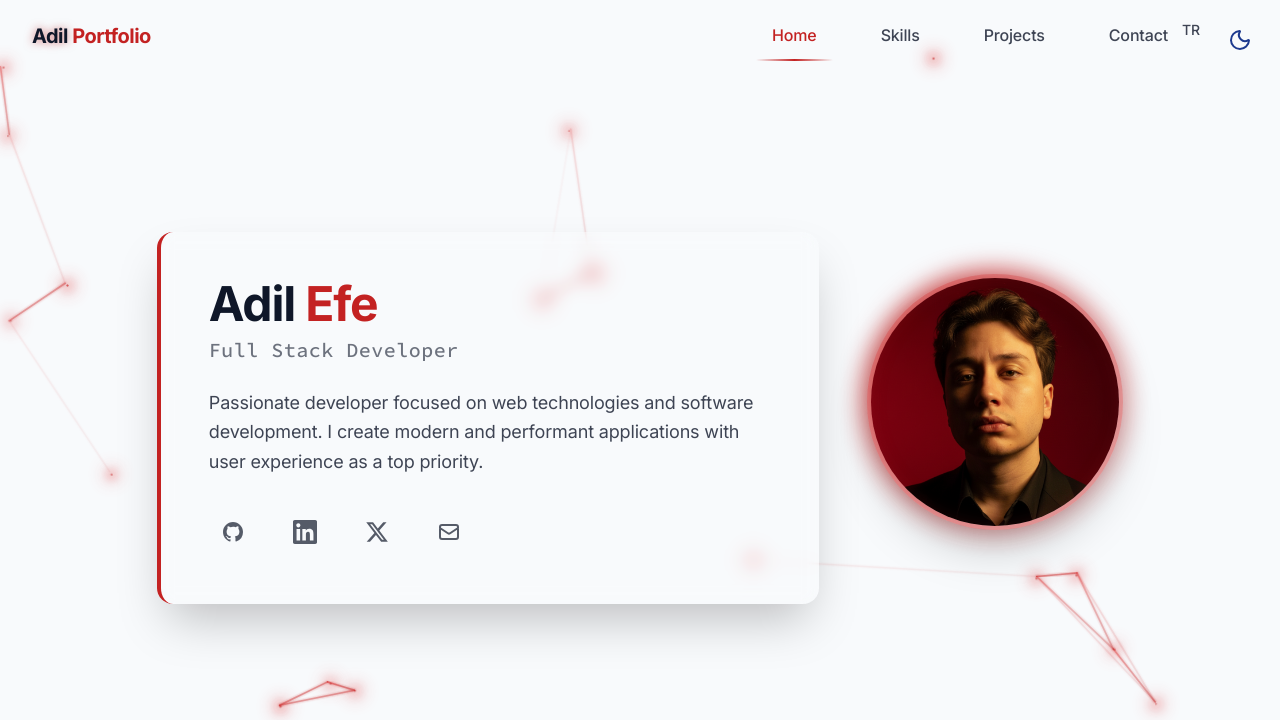
Repository: jusiann/personal-portfolio
Page: / (app in my-portfolio/)
These files come from the project's save history. The page is drawn as it stood at one moment and after the next save; the edit follows.
The browser window is 1280 px wide. The pictures show the whole page.
The project was rebuilt for these pictures with package versions that can differ from the ones it lists, and the page was loaded fresh each time. Also part of the build but not shown: my-portfolio/vite.config.js, my-portfolio/src/pages/Skills.jsx, my-portfolio/src/pages/Projects.jsx, my-portfolio/src/pages/Contact.jsx, my-portfolio/src/pages/NotFound.jsx.

Above is the page before, as saved 2025-11-19 23:31:55.

### my-portfolio/index.html
<!doctype html>
<html lang="en">
  <head>
    <meta charset="UTF-8" />
    <link rel="icon" type="image/svg+xml" href="/vite.svg" />
    <meta name="viewport" content="width=device-width, initial-scale=1.0" />
    <link rel="preconnect" href="https://fonts.googleapis.com">
    <link rel="preconnect" href="https://fonts.gstatic.com" crossorigin>
    <link href="https://fonts.googleapis.com/css2?family=Inter:wght@300;400;500;600;700;800&family=Source+Code+Pro:wght@400;500;600&display=swap" rel="stylesheet">
    <title>my-portfolio</title>
  </head>
  <body>
    <div id="root"></div>
    <script type="module" src="/src/main.jsx"></script>
  </body>
</html>

### my-portfolio/src/App.jsx
import { BrowserRouter, Routes, Route, Navigate, useLocation } from "react-router-dom"
import { AnimatePresence } from "framer-motion"
import { Home } from "./pages/Home";
import { Skills } from "./pages/Skills";
import { Projects } from "./pages/Projects";
import { Contact } from "./pages/Contact";
import { NotFound } from "./pages/NotFound";

function AnimatedRoutes() {
  const location = useLocation();

  return (
    <AnimatePresence mode="wait">
      <Routes location={location} key={location.pathname}>

        {/* TURKISH ROUTES */}
        <Route path="/" element={<Navigate to="/en" replace />} />
        <Route path="/tr" element={<Home />}/>
        <Route path="/tr/skills" element={<Skills />}/>
        <Route path="/tr/projects" element={<Projects />}/>
        <Route path="/tr/contact" element={<Contact />}/>

        {/* ENGLISH ROUTES */}
        <Route path="/en" element={<Home />}/>
        <Route path="/en/skills" element={<Skills />}/>
        <Route path="/en/projects" element={<Projects />}/>
        <Route path="/en/contact" element={<Contact />}/>
        <Route path="*" element={<NotFound />} />
      </Routes>
    </AnimatePresence>
  );
}

function App() {
  return (
    <BrowserRouter>
      <AnimatedRoutes />
    </BrowserRouter>
  )
}

export default App

### my-portfolio/src/pages/Home.jsx
import {ThemeToggle} from "../components/ThemeToggle";
import {LanguageToggle} from "../components/LanguageToggle";
import {CrimsonWebBackground} from "../components/CrimsonWebBackground";
import {Navbar} from "../components/Navbar";
import {PageTransition} from "../components/PageTransition";
import {HomeCard} from "../components/HomeCard";

export const Home = () => {
    return (
        <PageTransition>
        <div className="
                        min-h-screen
                        bg-background
                        text-foreground
                        overflow-x-hidden">

            {/* THEME TOGGLE */}
            <ThemeToggle />

            {/* LANGUAGE TOGGLE */}
            <LanguageToggle />

            {/* BACKGROUND EFFECTS */}
            <CrimsonWebBackground />

            {/* NAVBAR */}
            <Navbar />

            {/* MAIN CONTENT */}
            <main className="container mx-auto px-4 py-12">
                <HomeCard />
            </main>
        </div>
        </PageTransition>
    );
};

### my-portfolio/src/components/LanguageToggle.jsx
import {useNavigate, useLocation } from 'react-router-dom';
import {cn} from '../lib/utils';

export const LanguageToggle = () => {
    const navigate = useNavigate();
    const location = useLocation();
    const currentLang = location.pathname.startsWith('/en') ? 'en' : 'tr';

    const toggleLanguage = () => {
        const newLang = currentLang === 'tr' ? 'en' : 'tr';
        navigate(`/${newLang}${location.hash}`);
    };

    return (
        <button
            onClick={toggleLanguage}
            className={cn(
                "fixed max-sm:hidden top-5 right-20 z-50 transition-all duration-300",
                "hover:scale-110 active:scale-95",
                "focus:outline-none text-foreground/80 hover:text-foreground",
                "text-sm font-medium uppercase"
            )}
        >
            {currentLang === 'tr' ? 'EN' : 'TR'}
        </button>
    );
};

### my-portfolio/src/components/Navbar.jsx
import {cn} from "../lib/utils";
import {Menu, X} from "lucide-react";
import {useEffect, useState} from "react";
import {useLocation, Link} from "react-router-dom";
import {translations} from "../lib/translations";

export const Navbar = () => {
  const [isScrolled, setIsScrolled] = useState(false);
  const [isMenuOpen, setIsMenuOpen] = useState(false);
  const location = useLocation();
  const lang = location.pathname.startsWith('/en') ? 'en' : 'tr';

  const navItems = [
    { name: translations[lang].home, href: `/${lang}` },
    { name: translations[lang].skills, href: `/${lang}/skills`},
    { name: translations[lang].projects, href: `/${lang}/projects` },
    { name: translations[lang].contact, href: `/${lang}/contact` },
  ];

  const isActiveRoute = (href) => {
    if (href === `/${lang}`) {
      return location.pathname === `/${lang}` || location.pathname === `/${lang}/`;
    }
    return location.pathname.startsWith(href);
  };

  useEffect(() => {
    const handleScroll = () => {
      setIsScrolled(window.scrollY > 10);
    };

    window.addEventListener("scroll", handleScroll);
    return () => window.removeEventListener("scroll", handleScroll);
  }, []);

  return (
    <nav
      className={cn(
        "relative w-full transition-all duration-300 py-5"
      )}
    >
      <div className="container flex items-center justify-between h-8 pr-24">
        <a
          className="text-xl font-heading font-bold text-primary flex items-center"
          href="#hero"
        >
          <span className="relative z-10">
            <span className="text-glow text-foreground"> Adil </span>{" "}
            Portfolio
          </span>
        </a>

        {/* desktop nav */}
        <div className="hidden md:flex items-center space-x-8">
          {navItems.map((item, key) => (
            <Link
              key={key}
              to={item.href}
              className={`relative px-4 py-3 font-medium transition-colors duration-300 group ${
                isActiveRoute(item.href)
                  ? 'text-primary'
                  : 'text-foreground/80 hover:text-primary'
              }`}
            >
              {/* Linear crimson line effect - Always visible for active, hover for others */}
              <div className={`absolute bottom-0 left-0 w-full h-0.5 bg-linear-to-r from-transparent via-primary to-transparent transition-transform duration-500 origin-center ${
                isActiveRoute(item.href)
                  ? 'scale-x-100'
                  : 'scale-x-0 group-hover:scale-x-100'
              }`} />

              {/* Text */}
              <span className="relative z-10">
                {item.name}
              </span>
            </Link>
          ))}
        </div>

        {/* mobile nav */}

        <button
          onClick={() => setIsMenuOpen((prev) => !prev)}
          className="md:hidden p-2 text-foreground z-50 hover:text-primary transition-colors duration-300"
          aria-label={isMenuOpen ? "Close Menu" : "Open Menu"}
        >
          {isMenuOpen ? <X size={24} /> : <Menu size={24} />}
        </button>

        <div
          className={cn(
            "fixed inset-0 bg-background/95 backdrop-blur-md z-40 flex flex-col items-center justify-center",
            "transition-all duration-300 md:hidden",
            isMenuOpen
              ? "opacity-100 pointer-events-auto"
              : "opacity-0 pointer-events-none"
          )}
        >
          <div className="flex flex-col space-y-8 text-xl">
            {navItems.map((item, key) => (
              <Link
                key={key}
                to={item.href}
                className={`relative px-4 py-2 transition-colors duration-300 group ${
                  isActiveRoute(item.href)
                    ? 'text-primary'
                    : 'text-foreground/80 hover:text-primary'
                }`}
                onClick={() => setIsMenuOpen(false)}
              >
                {/* Mobile crimson line - always visible for active, hover for others */}
                <div className={`absolute bottom-0 left-0 w-full h-0.5 bg-linear-to-r from-transparent via-primary to-transparent transition-transform duration-500 ${
                  isActiveRoute(item.href)
                    ? 'scale-x-100'
                    : 'scale-x-0 group-hover:scale-x-100'
                }`} />

                <span className="relative z-10">
                  {item.name}
                </span>
              </Link>
            ))}
          </div>
        </div>
      </div>
    </nav>
  );
};

### my-portfolio/src/components/PageTransition.jsx
import {motion} from 'framer-motion';

export const PageTransition = ({ children }) => {
    return (
        <>
            {children}

            {/* LEFT TRIANGLE */}
            <motion.div
                className="fixed inset-0 bg-background z-100 pointer-events-none"
                style={{
                    clipPath: 'polygon(0% 0%, 100% 0%, 0% 100%)',
                }}
                initial={{ x: '0%' }}
                animate={{ x: '-100%' }}
                transition={{
                    duration: 0.6,
                    ease: [0.65, 0, 0.35, 1],
                    delay: 0.4
                }}
            />

            {/* RIGHT TRIANGLE */}
            <motion.div
                className="fixed inset-0 bg-background z-100 pointer-events-none"
                style={{
                    clipPath: 'polygon(100% 0%, 100% 100%, 0% 100%)',
                }}
                initial={{ x: '0%' }}
                animate={{ x: '100%' }}
                transition={{
                    duration: 0.6,
                    ease: [0.65, 0, 0.35, 1],
                    delay: 0.4
                }}
            />

            {/* RED DIAGONAL LINE */}
            <motion.div
                className="fixed inset-0 pointer-events-none z-101"
                style={{
                    background: 'linear-gradient(to bottom right, transparent calc(50% - 2px), rgb(220, 38, 38) calc(50% - 2px), rgb(220, 38, 38) calc(50% + 2px), transparent calc(50% + 2px))',
                    filter: 'drop-shadow(0 0 8px rgb(220, 38, 38))',
                }}
                initial={{ opacity: 1 }}
                animate={{ opacity: 0 }}
                transition={{
                    duration: 0.3,
                    ease: "easeOut",
                    delay: 0.3
                }}
            />
        </>
    );
};

### my-portfolio/src/components/HomeCard.jsx
import { HomeImage } from "./HomeImage";
import { SocialLinks } from "./SocialLinks";
import { useLanguage } from "../lib/utils";

export const HomeCard = () => {
    const { t } = useLanguage();

    return (
        <div className="relative w-[80%] mx-auto px-4 py-8 mt-20 flex items-center gap-12">
            {/* Ana kart yapısı - backdrop blur ve opacity ile saydam etki */}
            <div
                className="
                    relative
                    flex-1
                    bg-card/10
                    backdrop-blur-sm
                    rounded-2xl
                    border-l-4
                    border-primary
                    shadow-2xl
                    p-8
                    md:p-12
                    transition-all
                    duration-500
                    hover:scale-[1.01]
                    animate-fade-in
                "
            >
                {/* İçerik alanı */}
                <div className="relative z-10">
                    {/* Profil Resmi Mobile */}
                    <div className="md:hidden mb-8">
                        <HomeImage
                            src="/src/assets/images/profile_photo.png"
                            alt={`${t('profile_name')} ${t('profile_surname')}`}
                        />
                    </div>

                    {/* İsim ve Soyisim */}
                    <div className="text-center md:text-left mb-6 animate-fade-in-delay-2">
                        <h1 className="
                            text-4xl
                            md:text-5xl
                            font-heading
                            font-bold
                            text-foreground
                            mb-2
                            tracking-tight
                        ">
                            {t('profile_name')}{' '}
                            <span className="text-primary">
                                {t('profile_surname')}
                            </span>
                        </h1>
                        <p className="
                            text-lg
                            md:text-xl
                            text-foreground/60
                            font-code
                        ">
                            {t('hero_subtitle')}
                        </p>
                    </div>

                    {/* Açıklama */}
                    <div className="
                        text-center
                        md:text-left
                        mb-8
                        max-w-2xl
                        animate-fade-in-delay-2
                    ">
                        <p className="
                            text-base
                            md:text-lg
                            text-foreground/80
                            leading-relaxed
                        ">
                            {t('profile_tagline')}
                        </p>
                    </div>

                    {/* Sosyal Medya Linkleri */}
                    <SocialLinks />
                </div>
            </div>

            {/* Profil Resmi - Card Dışında Sağda */}
            <div className="hidden md:block">
                <HomeImage
                    src="/src/assets/images/profile_photo.png"
                    alt={`${t('profile_name')} ${t('profile_surname')}`}
                />
            </div>

            {/* Ambient glow efekti */}
            <div
                className="
                    absolute
                    -inset-4
                    bg-primary/5
                    blur-3xl
                    -z-10
                    opacity-50
                    animate-pulse-subtle
                "
            />
        </div>
    );
};

### my-portfolio/src/components/HomeImage.jsx
export const HomeImage = ({ src, alt = "Profile" }) => {
    return (
        <div className="flex justify-center mb-8 animate-fade-in-delay-1">
            {/* Dış halka - glow efekti */}
            <div
                className="
                    relative
                    group
                    animate-pulse-subtle
                "
            >
                {/* Gradient border halka */}
                <div
                    className="
                        absolute
                        -inset-1
                        bg-linear-to-br
                        from-primary
                        via-primary/60
                        to-primary/30
                        rounded-full
                        blur-md
                        group-hover:blur-lg
                        transition-all
                        duration-300
                    "
                />

                {/* Resim container */}
                <div
                    className="
                        relative
                        w-40
                        h-40
                        md:w-64
                        md:h-64
                        rounded-full
                        overflow-hidden
                        border-4
                        border-primary/20
                        shadow-2xl
                        group-hover:scale-105
                        transition-transform
                        duration-300
                    "
                >
                    <img
                        src={src}
                        alt={alt}
                        className="
                            w-full
                            h-full
                            object-cover
                            filter
                            group-hover:brightness-110
                            transition-all
                            duration-300
                        "
                    />
                </div>

                {/* İç glow */}
                <div
                    className="
                        absolute
                        inset-0
                        rounded-full
                        shadow-[inset_0_0_20px_rgba(220,38,38,0.2)]
                        pointer-events-none
                    "
                />
            </div>
        </div>
    );
};

### my-portfolio/src/components/SocialLinks.jsx
export const SocialLinks = () => {
    const socialMedia = [
        {
            name: "GitHub",
            url: "https://github.com/jusiann",
            icon: (
                <svg
                    className="w-6 h-6"
                    fill="currentColor"
                    viewBox="0 0 24 24"
                    aria-hidden="true"
                >
                    <path
                        fillRule="evenodd"
                        d="M12 2C6.477 2 2 6.484 2 12.017c0 4.425 2.865 8.18 6.839 9.504.5.092.682-.217.682-.483 0-.237-.008-.868-.013-1.703-2.782.605-3.369-1.343-3.369-1.343-.454-1.158-1.11-1.466-1.11-1.466-.908-.62.069-.608.069-.608 1.003.07 1.531 1.032 1.531 1.032.892 1.53 2.341 1.088 2.91.832.092-.647.35-1.088.636-1.338-2.22-.253-4.555-1.113-4.555-4.951 0-1.093.39-1.988 1.029-2.688-.103-.253-.446-1.272.098-2.65 0 0 .84-.27 2.75 1.026A9.564 9.564 0 0112 6.844c.85.004 1.705.115 2.504.337 1.909-1.296 2.747-1.027 2.747-1.027.546 1.379.202 2.398.1 2.651.64.7 1.028 1.595 1.028 2.688 0 3.848-2.339 4.695-4.566 4.943.359.309.678.92.678 1.855 0 1.338-.012 2.419-.012 2.747 0 .268.18.58.688.482A10.019 10.019 0 0022 12.017C22 6.484 17.522 2 12 2z"
                        clipRule="evenodd"
                    />
                </svg>
            ),
        },
        {
            name: "LinkedIn",
            url: "https://linkedin.com/in/yourprofile",
            icon: (
                <svg
                    className="w-6 h-6"
                    fill="currentColor"
                    viewBox="0 0 24 24"
                    aria-hidden="true"
                >
                    <path
                        fillRule="evenodd"
                        d="M20.447 20.452h-3.554v-5.569c0-1.328-.027-3.037-1.852-3.037-1.853 0-2.136 1.445-2.136 2.939v5.667H9.351V9h3.414v1.561h.046c.477-.9 1.637-1.85 3.37-1.85 3.601 0 4.267 2.37 4.267 5.455v6.286zM5.337 7.433c-1.144 0-2.063-.926-2.063-2.065 0-1.138.92-2.063 2.063-2.063 1.14 0 2.064.925 2.064 2.063 0 1.139-.925 2.065-2.064 2.065zm1.782 13.019H3.555V9h3.564v11.452zM22.225 0H1.771C.792 0 0 .774 0 1.729v20.542C0 23.227.792 24 1.771 24h20.451C23.2 24 24 23.227 24 22.271V1.729C24 .774 23.2 0 22.222 0h.003z"
                        clipRule="evenodd"
                    />
                </svg>
            ),
        },
        {
            name: "Twitter",
            url: "https://twitter.com/yourhandle",
            icon: (
                <svg
                    className="w-6 h-6"
                    fill="currentColor"
                    viewBox="0 0 24 24"
                    aria-hidden="true"
                >
                    <path d="M18.244 2.25h3.308l-7.227 8.26 8.502 11.24H16.17l-5.214-6.817L4.99 21.75H1.68l7.73-8.835L1.254 2.25H8.08l4.713 6.231zm-1.161 17.52h1.833L7.084 4.126H5.117z" />
                </svg>
            ),
        },
        {
            name: "Email",
            url: "mailto:your.email@example.com",
            icon: (
                <svg
                    className="w-6 h-6"
                    fill="none"
                    stroke="currentColor"
                    viewBox="0 0 24 24"
                    aria-hidden="true"
                >
                    <path
                        strokeLinecap="round"
                        strokeLinejoin="round"
                        strokeWidth={2}
                        d="M3 8l7.89 5.26a2 2 0 002.22 0L21 8M5 19h14a2 2 0 002-2V7a2 2 0 00-2-2H5a2 2 0 00-2 2v10a2 2 0 002 2z"
                    />
                </svg>
            ),
        },
    ];

    return (
        <div className="flex justify-center md:justify-start gap-6 mt-8 animate-fade-in-delay-3">
            {socialMedia.map((social, index) => (
                <a
                    key={social.name}
                    href={social.url}
                    target="_blank"
                    rel="noopener noreferrer"
                    className="
                        p-3
                        text-foreground/70
                        hover:text-primary
                        transition-all
                        duration-300
                        hover:scale-110
                        animate-fade-in-delay-3
                    "
                    style={{ animationDelay: `${0.8 + index * 0.1}s` }}
                    aria-label={social.name}
                >
                    {social.icon}
                </a>
            ))}
        </div>
    );
};

Loaded but not shown: my-portfolio/src/main.jsx (common file); my-portfolio/src/lib/translations.js (80 lines, source omitted); my-portfolio/src/lib/utils.js (19 lines, source omitted); my-portfolio/src/index.css (267 lines, source omitted); my-portfolio/src/components/CrimsonWebBackground.jsx (183 lines, source omitted); my-portfolio/src/components/ThemeToggle.jsx (130 lines, source omitted)

After the next save:
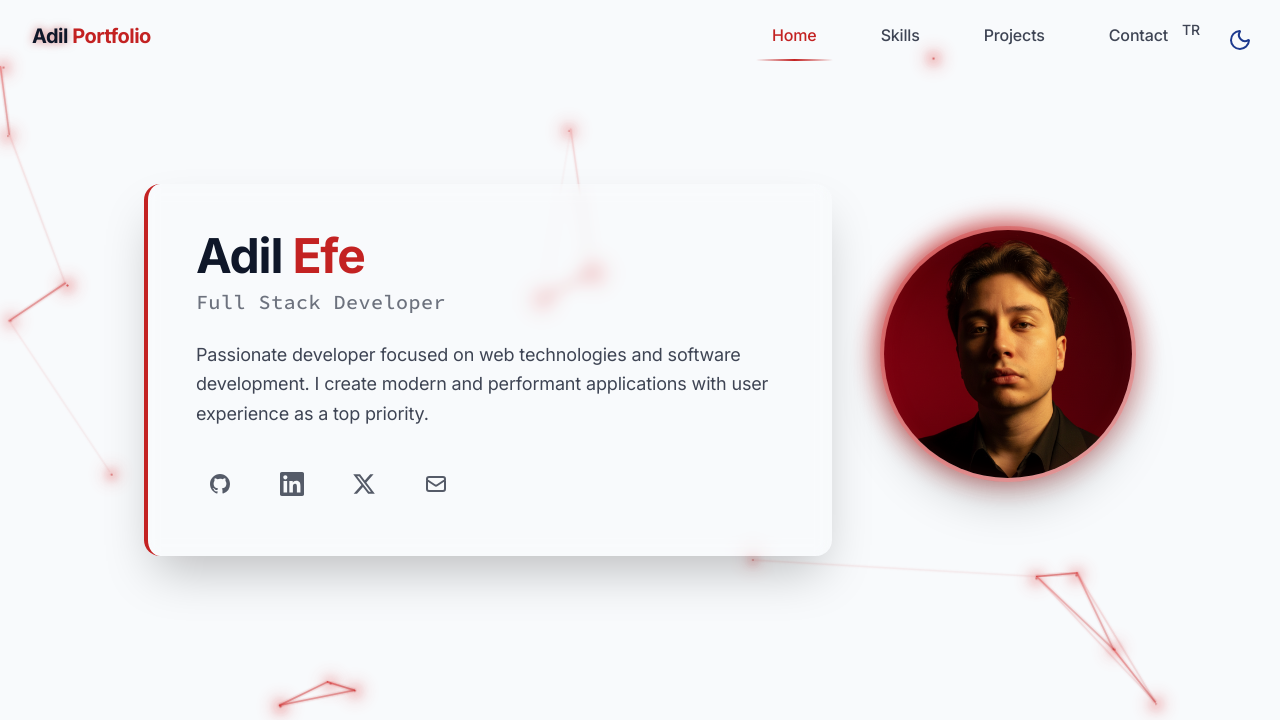
Saved 29 min 39 s later.
--- a/my-portfolio/src/pages/Home.jsx
+++ b/my-portfolio/src/pages/Home.jsx
@@ -27,9 +27,7 @@ export const Home = () => {
             <Navbar />
 
             {/* MAIN CONTENT */}
-            <main className="container mx-auto px-4 py-12">
-                <HomeCard />
-            </main>
+            <HomeCard />
         </div>
         </PageTransition>
     );
